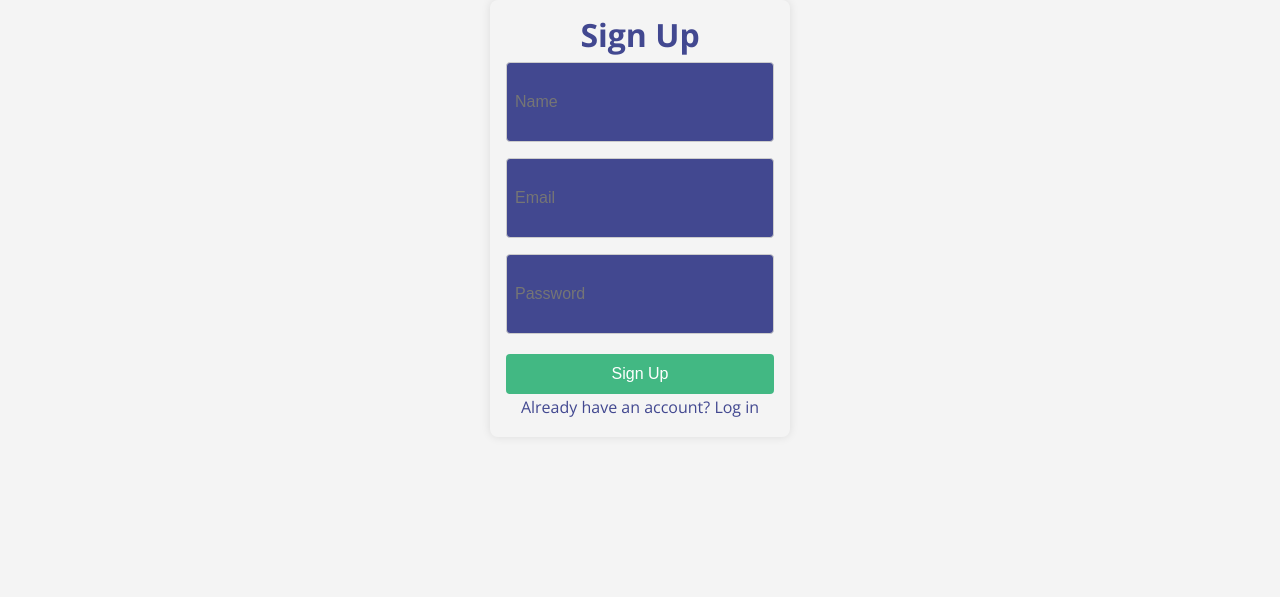
Repository: XiuwenZ/finder
Page: /signup (app in frontend/)
These files come from the project's save history. The page is drawn as it stood at one moment and after the next save; the edit follows.
The browser window is 1280 px wide. The pictures show the whole page.
The project was rebuilt for these pictures with package versions that can differ from the ones it lists, and the page was loaded fresh each time. Also part of the build but not shown: frontend/vite.config.js, frontend/src/components/Navbar.jsx, frontend/src/components/Header.jsx, frontend/src/components/RegisteredEvent.jsx, frontend/src/components/EventFilter.jsx, frontend/src/components/MoreEvents.jsx, frontend/src/components/Footer.css, frontend/src/components/ContactForm.jsx and 5 more.

Above is the page before, as saved 2024-02-03 22:15:36.

After the next save:
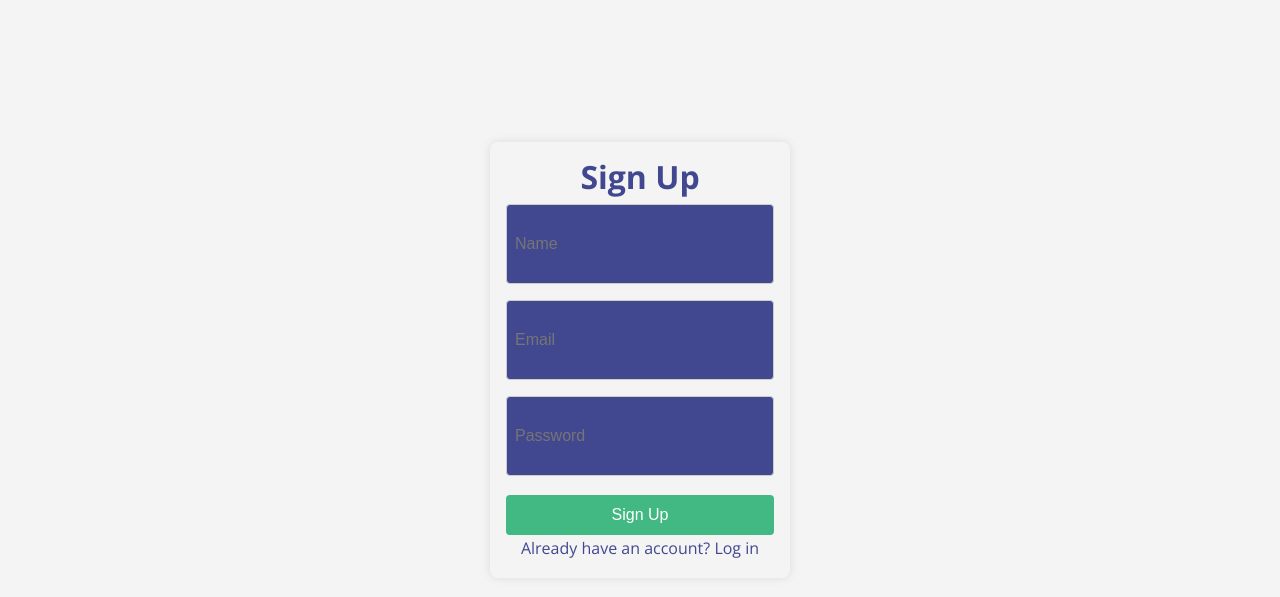
Saved 46 s later.
--- a/frontend/src/components/Signup.jsx
+++ b/frontend/src/components/Signup.jsx
@@ -1,6 +1,6 @@
 import React, { useState } from 'react';
 import { Link } from 'react-router-dom'; // Assuming you're using react-router for navigation
-import './Signup.css'
+import './Signup.css';
 
 const Signup = () => {
   const [name, setName] = useState('');
@@ -10,37 +10,39 @@ const Signup = () => {
   const handleSignup = (event) => {
     event.preventDefault();
     // Handle signup logic here
-    console.log("Signup with:", name, email, password);
+    console.log('Signup with:', name, email, password);
   };
 
   return (
-    <div className="auth-container">
-      <h2>Sign Up</h2>
-      <form onSubmit={handleSignup}>
-        <input
-          type="text"
-          value={name}
-          onChange={e => setName(e.target.value)}
-          placeholder="Name"
-          required
-        />
-        <input
-          type="email"
-          value={email}
-          onChange={e => setEmail(e.target.value)}
-          placeholder="Email"
-          required
-        />
-        <input
-          type="password"
-          value={password}
-          onChange={e => setPassword(e.target.value)}
-          placeholder="Password"
-          required
-        />
-        <button type="submit">Sign Up</button>
-      </form>
-      <Link to="/login">Already have an account? Log in</Link>
+    <div className="wrap-container">
+      <div className="auth-container">
+        <h2>Sign Up</h2>
+        <form onSubmit={handleSignup}>
+          <input
+            type="text"
+            value={name}
+            onChange={(e) => setName(e.target.value)}
+            placeholder="Name"
+            required
+          />
+          <input
+            type="email"
+            value={email}
+            onChange={(e) => setEmail(e.target.value)}
+            placeholder="Email"
+            required
+          />
+          <input
+            type="password"
+            value={password}
+            onChange={(e) => setPassword(e.target.value)}
+            placeholder="Password"
+            required
+          />
+          <button type="submit">Sign Up</button>
+        </form>
+        <Link to="/login">Already have an account? Log in</Link>
+      </div>
     </div>
   );
 };
